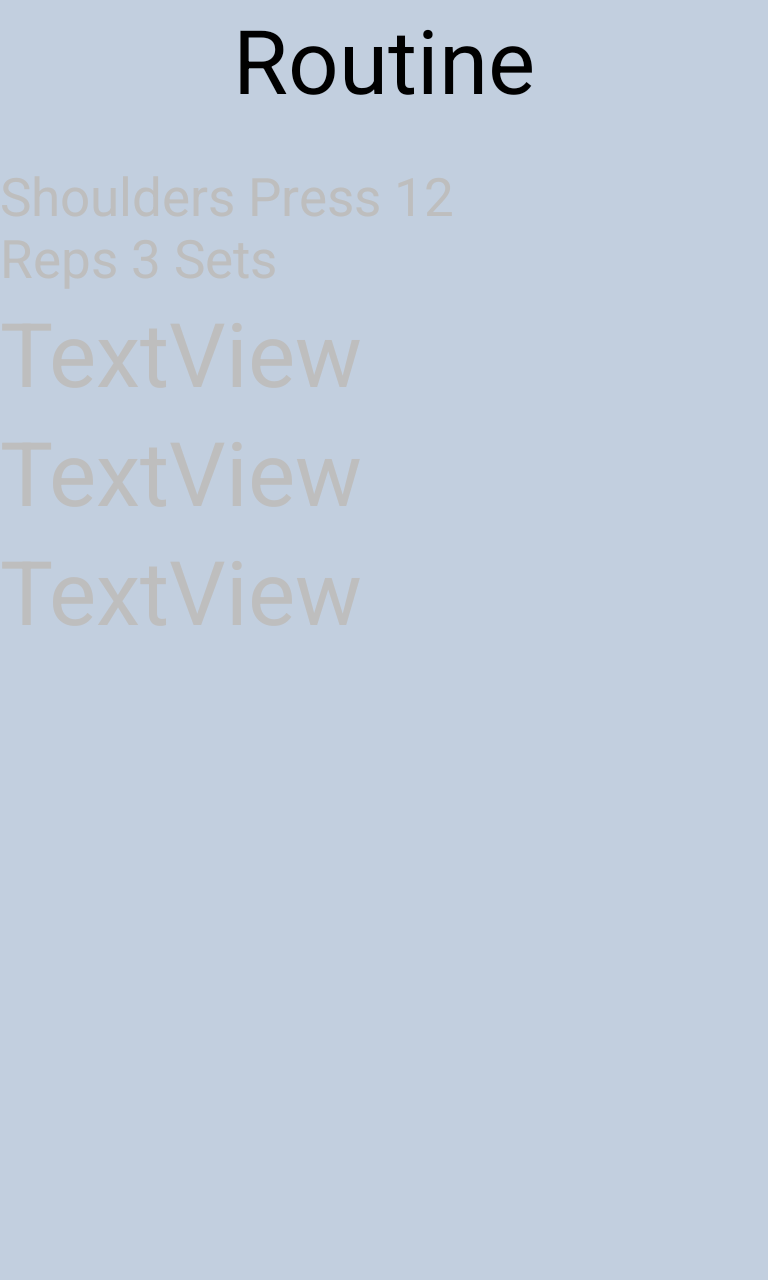
Repository: parinya1968/My-project
Layout: DroidWork/getBig/res/layout/viewr.xml
The author's editor kept a copy of each file at every save. The layout is drawn from the files as they stood at one save, then again after the next save.
It is drawn on a 768 x 1280 px phone screen (xhdpi) without system bars, with theme android:Theme.NoTitleBar.Fullscreen; the app's code is not run.

Above is the layout before, as saved 2012-06-20 06:35:02.

### DroidWork/getBig/res/layout/viewr.xml
<?xml version="1.0" encoding="utf-8"?>
<LinearLayout xmlns:android="http://schemas.android.com/apk/res/android"
    android:layout_width="fill_parent"
    android:layout_height="fill_parent"
    android:background="#C2CFDF"
    android:orientation="vertical" >


    <TextView
        android:id="@+id/textView1"
        android:layout_width="wrap_content"
        android:layout_height="wrap_content"
        android:layout_gravity="center_horizontal"
        android:layout_weight="0.05"
        android:text="Routine"
        android:textColor="#000000"
        android:textSize="20pt" />


    <LinearLayout
        android:layout_width="257dp"
        android:layout_height="wrap_content"
        android:layout_weight="0.76"
        android:orientation="vertical" >

        <TextView
            android:id="@+id/textView2"
            android:layout_width="wrap_content"
            android:layout_height="wrap_content"
            android:textSize="12pt"
            android:text="Shoulders Press 12 Reps 3 Sets" />

        <TextView
            android:id="@+id/textView3"
            android:layout_width="wrap_content"
            android:layout_height="wrap_content"
            android:textSize="20pt"
            android:text="TextView" />

        <TextView
            android:id="@+id/textView4"
            android:layout_width="wrap_content"
            android:layout_height="wrap_content"
            android:textSize="20pt"
            android:text="TextView" />

        <TextView
            android:id="@+id/textView5"
            android:layout_width="wrap_content"
            android:layout_height="wrap_content"
            android:textSize="20pt"
            android:text="TextView" />

    </LinearLayout>

</LinearLayout>

After the next save:
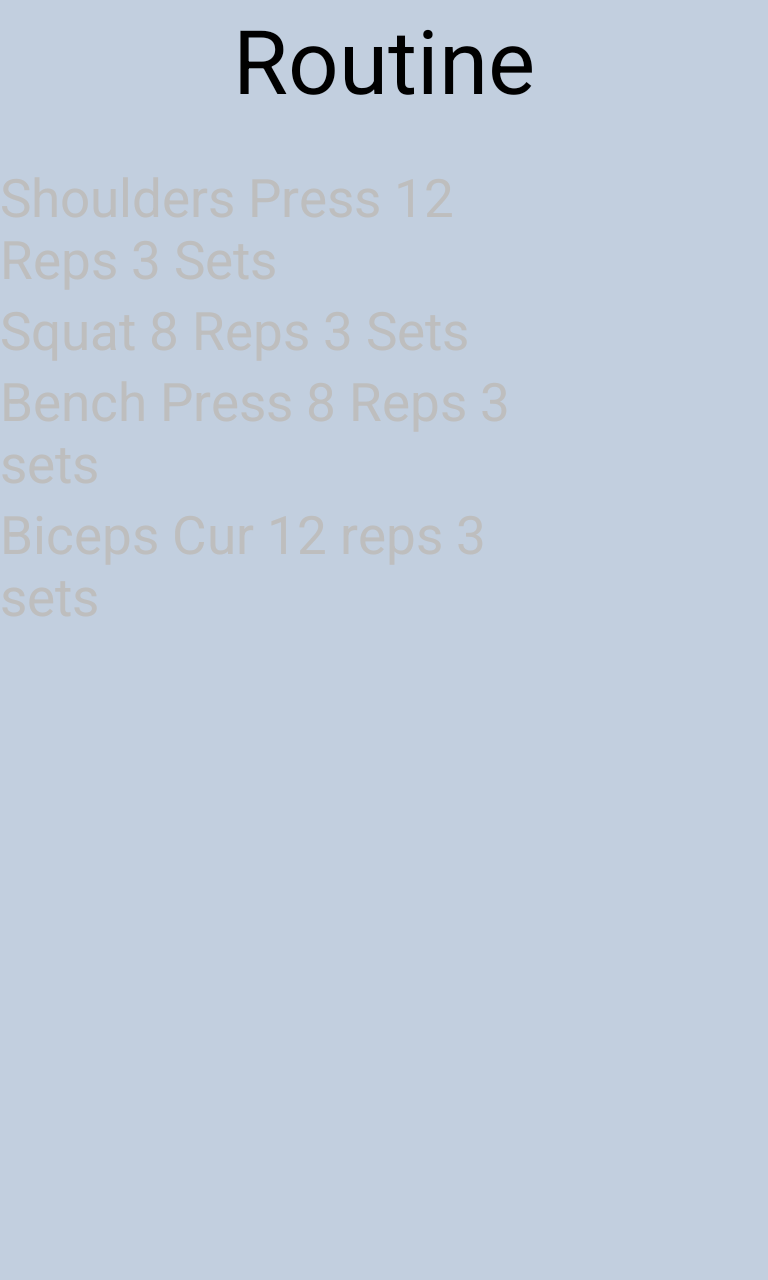
Saved 94 s later.
--- a/DroidWork/getBig/res/layout/viewr.xml
+++ b/DroidWork/getBig/res/layout/viewr.xml
@@ -34,22 +34,22 @@
             android:id="@+id/textView3"
             android:layout_width="wrap_content"
             android:layout_height="wrap_content"
-            android:textSize="20pt"
-            android:text="TextView" />
+            android:textSize="12pt"
+            android:text="Squat 8 Reps 3 Sets" />
 
         <TextView
             android:id="@+id/textView4"
             android:layout_width="wrap_content"
             android:layout_height="wrap_content"
-            android:textSize="20pt"
-            android:text="TextView" />
+            android:textSize="12pt"
+            android:text="Bench Press 8 Reps 3 sets" />
 
         <TextView
             android:id="@+id/textView5"
             android:layout_width="wrap_content"
             android:layout_height="wrap_content"
-            android:textSize="20pt"
-            android:text="TextView" />
+            android:textSize="12pt"
+            android:text="Biceps Cur 12 reps 3 sets" />
 
     </LinearLayout>
 
